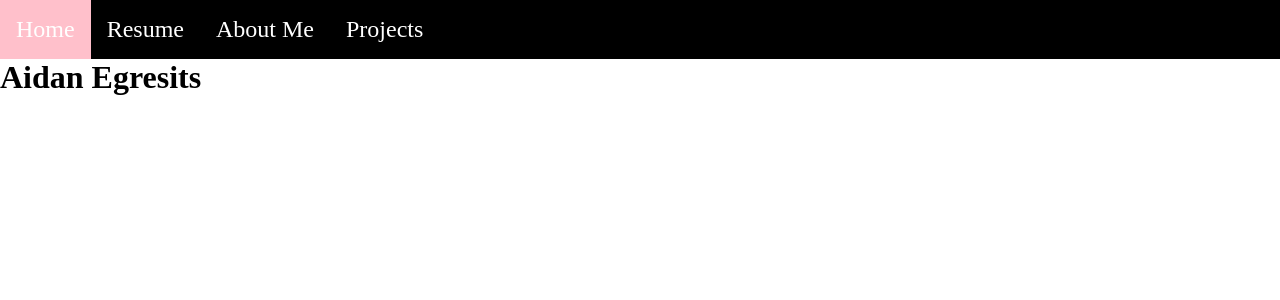
Repository: Starfishmas/Starfishmas.github.io
Page: index.html
The author's editor kept a record of every edit. The page is drawn from the files as they stood at one moment, then again after the next edit.
The browser window is 1280 px wide. The pictures show the whole page.

Above is the page before.

### index.html
<!DOCTYPE html>
<html>
    <head>
        <title>Home</title>
        <link rel="stylesheet" type="text/css" href="style.css">
        <link rel="stylesheet" type="text/css" href="//fonts.googleapis.com/css?family=Indie+Flower" />
    </head>
<body>
    <ul class=navbar>
        <li class="active"><a href="index.html">Home</a></li>
        <li><a href="resume.html">Resume</a></li>
        <li class="Aboutme"><a href="aboutmeh.html">About Me</a></li>
        <li class="dropdown">
            <div>Projects</div>
            <ul class="dropdown-content">
                <li><a href="#">Project1</a></li>
                <li><a href="#">Project2</a></li>
                <li><a href="#">Project3</a></li>
            </ul>
        </li>

    </ul>

<h1 class="center">Aidan Egresits</h1>
<img src="" class="left"></img>
<img src="" class="center"></img>
<img src="" class="right"></img>
</body>
</html>

### style.css
            .navbar {list-style:none; background-color:black;overflow:hidden;padding:0px;}
            .navbar a, .dropdown div {text-decoration:none; color:white; font-size:24px; padding:16px; display:inline-block;}
            .navbar li {float:left;}
            * {padding:0; margin:0; list-style:none;}
            .navbar li:hover {background-color:pink;}
            .dropdown-content li {float:none;}
            .dropdown-content {padding:0; display:none; position:absolute; z-index:100; background-color:black;}
            .dropdown:hover .dropdown-content{display:block}
            .active {background-color:pink;}

After the next edit:
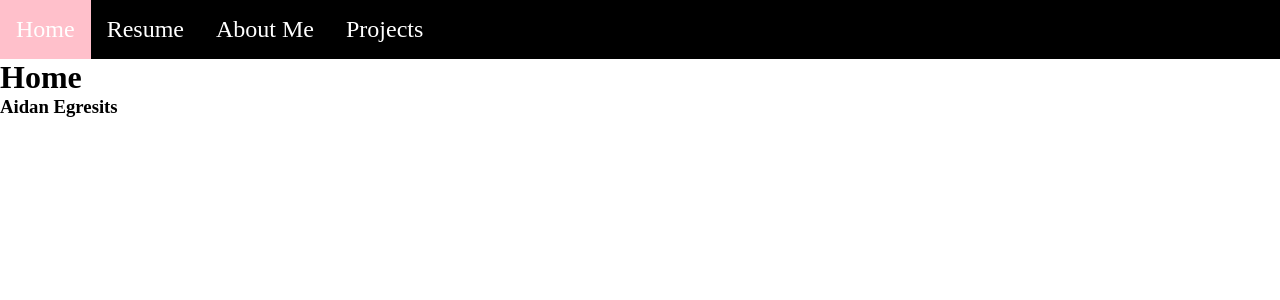
The edit:
--- a/index.html
+++ b/index.html
@@ -21,7 +21,8 @@
 
     </ul>
 
-<h1 class="center">Aidan Egresits</h1>
+<h1 class="center">Home</h1>
+<h3 class="center">Aidan Egresits</h3>
 <img src="" class="left"></img>
 <img src="" class="center"></img>
 <img src="" class="right"></img>
